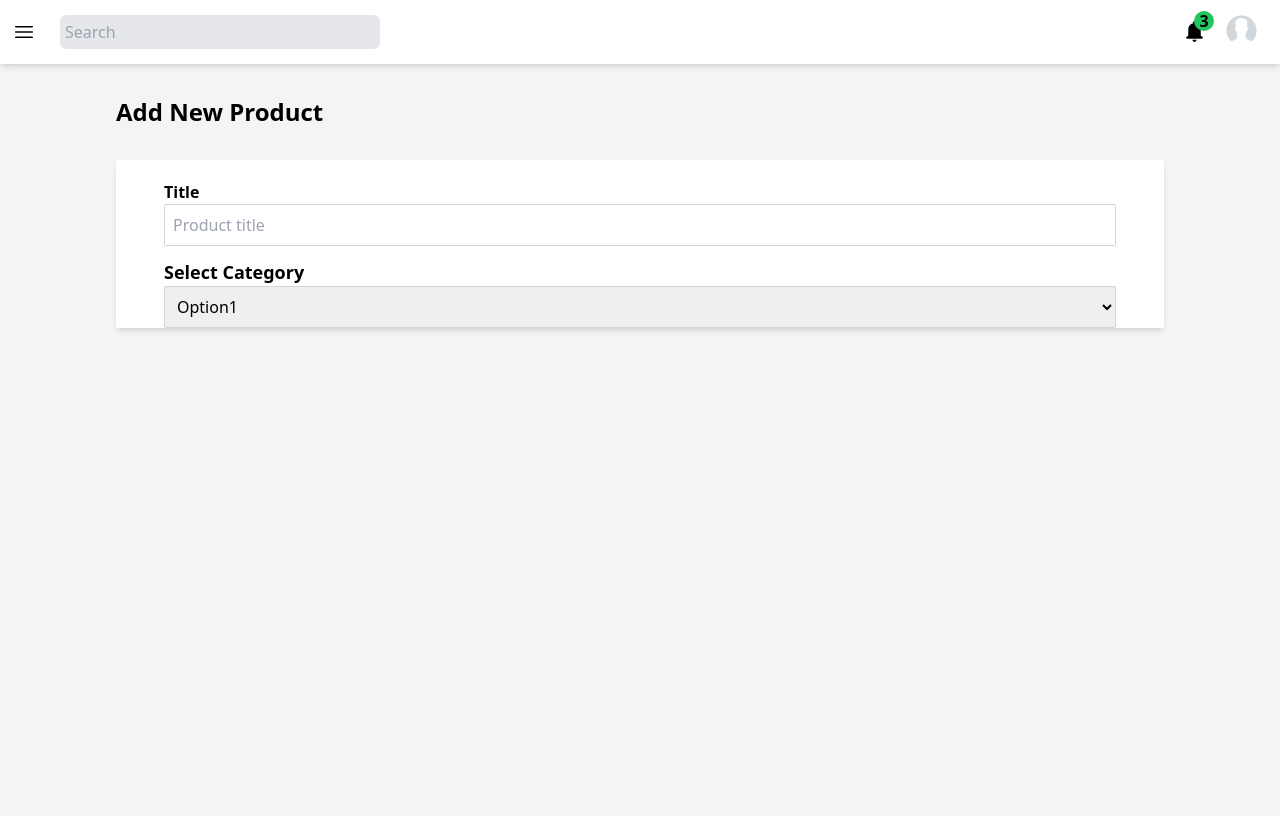
Repository: IssaMuiz/ifarmstock-admin
Page: /new-product
These files come from the project's save history. The page is drawn as it stood at one moment and after the next save; the edit follows.
The browser window is 1280 px wide. The pictures show the whole page.
The page's requests for data from a server got no answer. The project was rebuilt for these pictures with package versions that can differ from the ones it lists, and the page was loaded fresh each time. The framework's server and built-in components were replaced by stand-ins that run in the browser. No one was signed in, and anything a server would have sent is missing. Also part of the build but not shown: next.config.mjs.

Above is the page before, as saved 2024-10-12 23:52:23.

After the next save:
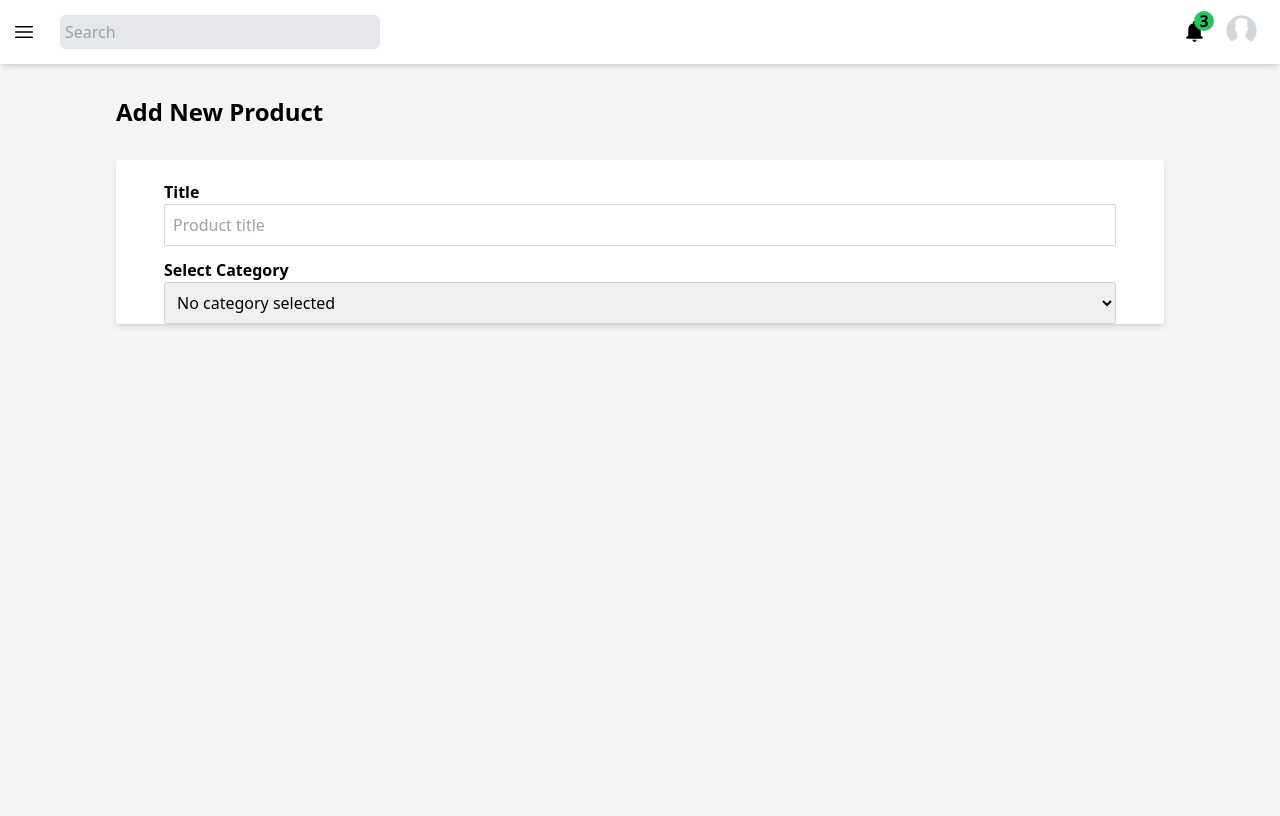
Saved 85 s later.
--- a/app/new-product/page.tsx
+++ b/app/new-product/page.tsx
@@ -16,9 +16,9 @@ const NewProduct = () => {
           />
         </div>
         <div className="px-5 md:px-12 mb-3">
-          <label className="text-lg font-semibold pt-5">Select Category</label>
+          <label className="text-md font-semibold pt-5">Select Category</label>
           <select className="w-full border border-gray-300 rounded-sm p-2">
-            <option value="">Option1</option>
+            <option value="">No category selected</option>
             <option value="">Option2</option>
             <option value="">Option3</option>
           </select>
